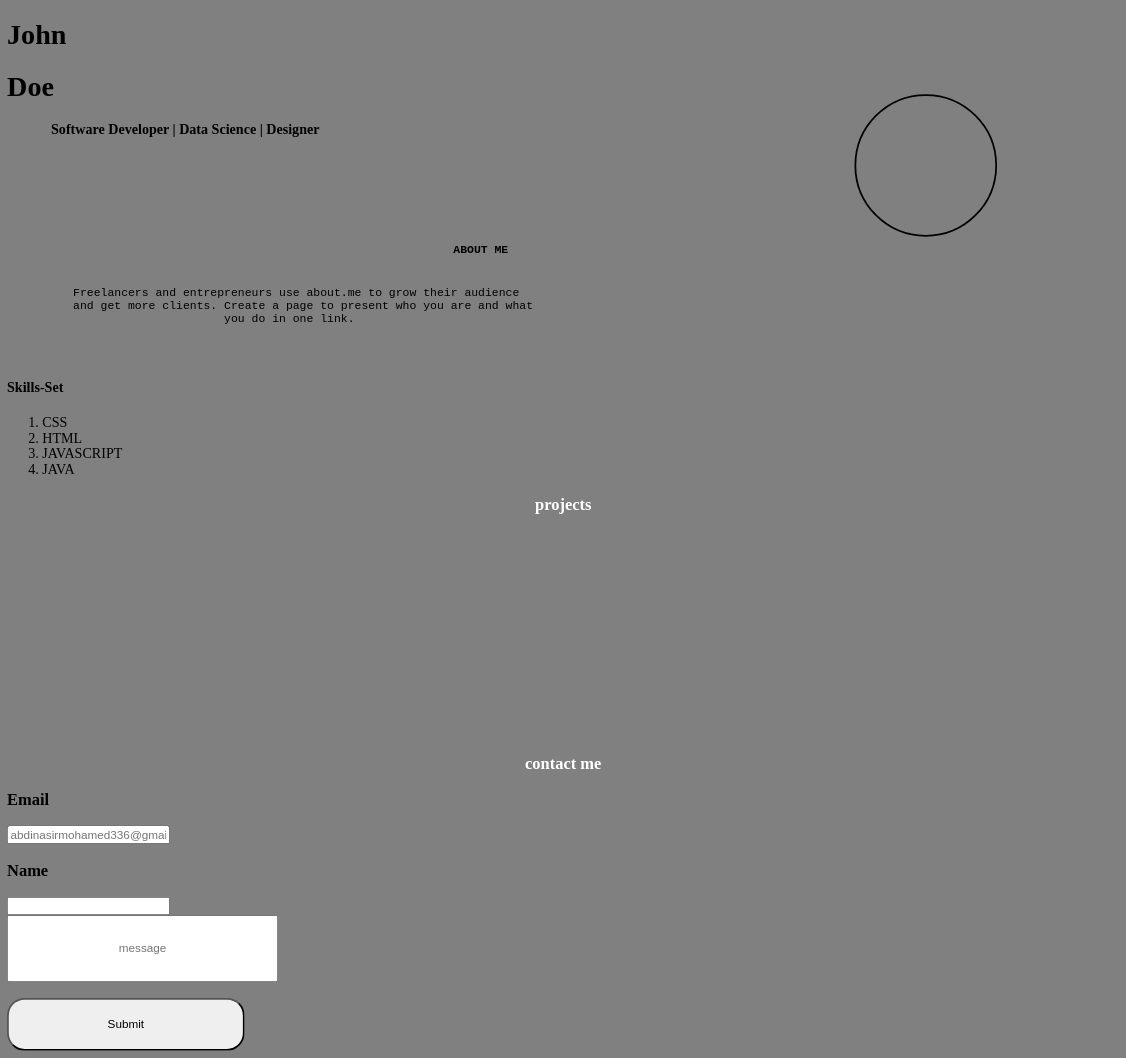
Repository: mrjayajay/week-1-code-challenges
Page: assignment/index.html
These files come from the project's save history. The page is drawn as it stood at one moment and after the next save; the edit follows.
The browser window is 1280 px wide. The pictures show the whole page, at 88% of full size.

Above is the page before, as saved 2024-03-12 12:04:09.

After the next save:
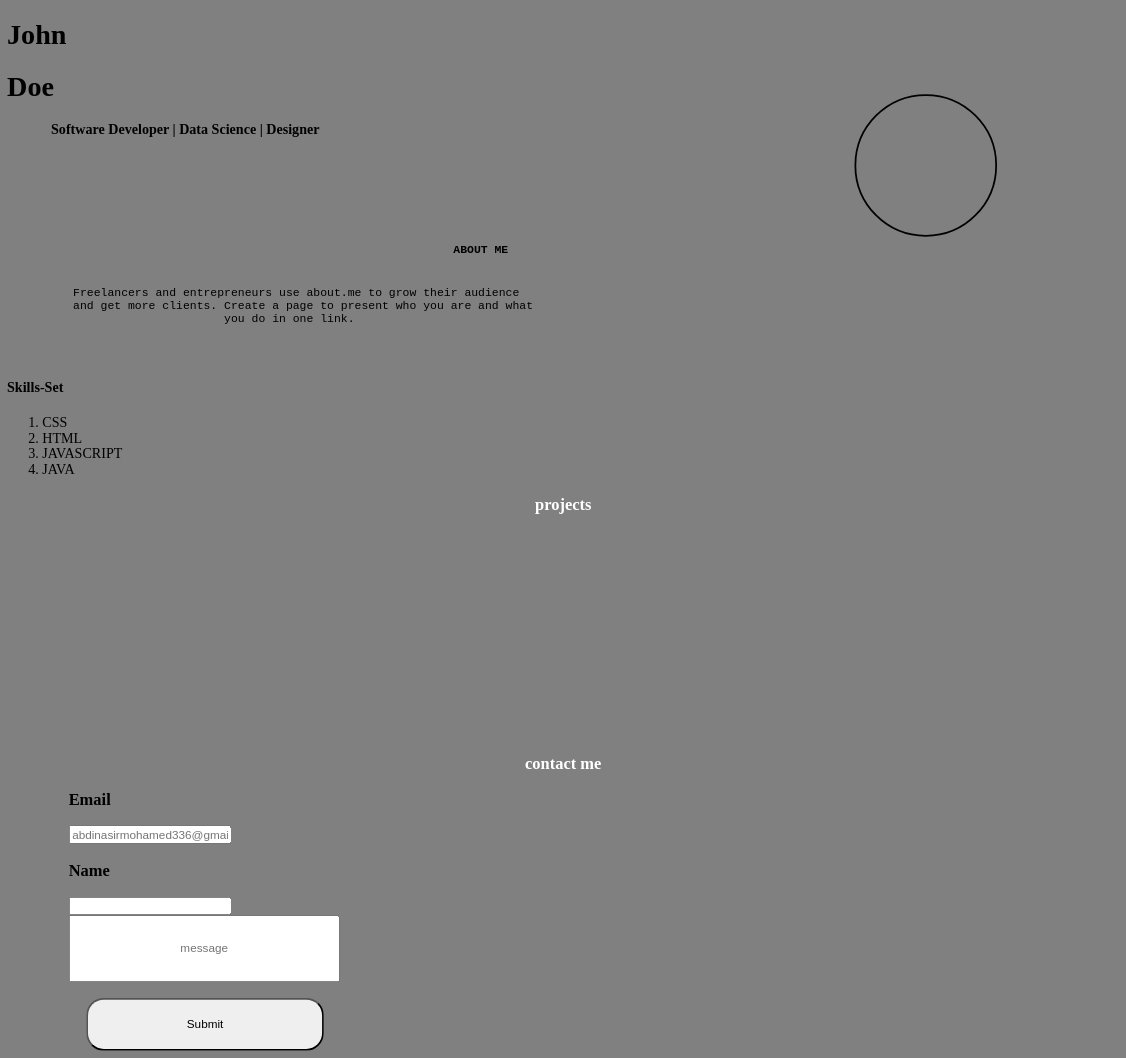
Saved 109 s later.
--- a/assignment/style.css
+++ b/assignment/style.css
@@ -92,5 +92,14 @@ p{
     margin-left: 50px;
 }
 #class{
-
+    margin-left: 70px;
 }
+#Email{
+    margin-left: 70px;
+}
+#sub{
+    margin-left: 90px;
+}
+#skills{
+    text-align: center;
+}
